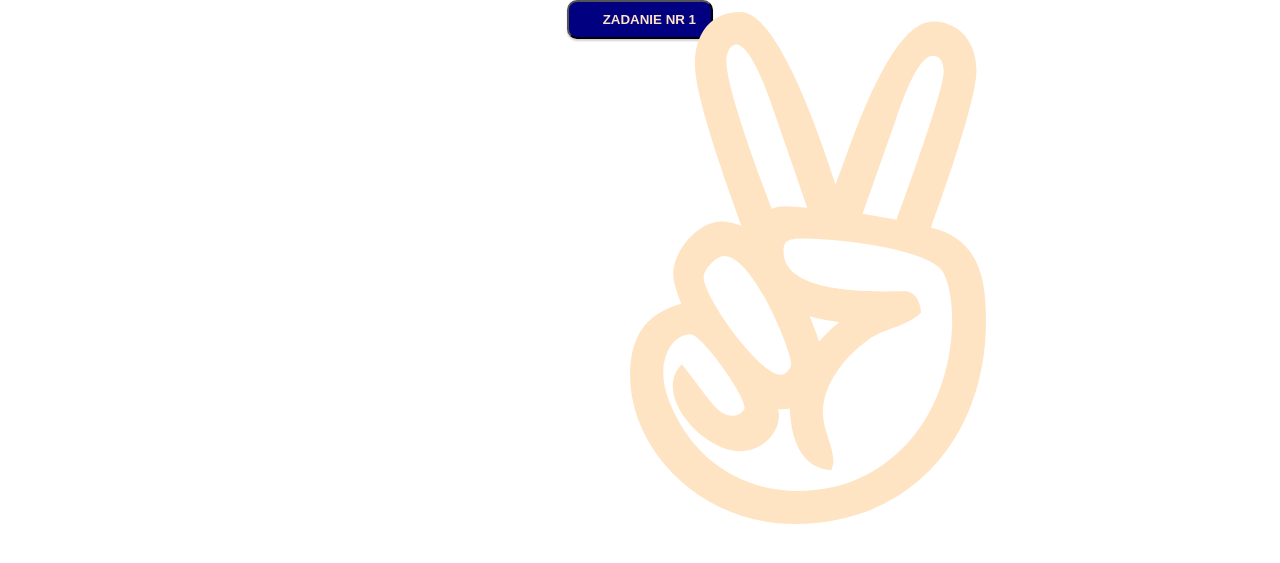
Repository: KrzysKolo/sr_tydzien3_zad_1_2_3
Page: /
An editor plug-in stored every save of this project. The page is shown before and after a run of saves, followed by the edit.
The browser window is 1280 px wide. The pictures show the whole page.
The project was rebuilt for these pictures with package versions that can differ from the ones it lists, and the page was loaded fresh each time.

Above is the page before, as saved 2020-11-02 15:20:50.

### src/App.js
import React,  { Component } from 'react';
import Button from './components/Form/Button';
import { FontAwesomeIcon } from '@fortawesome/react-fontawesome';
import { faThumbsUp } from "@fortawesome/free-solid-svg-icons";
import './App.css';


class App extends Component {
  state = {  }

  render() {

    return (
      <div className="app">
        <Button  bgColor="navy" color="bisque" label="Zadanie nr 1"/>

      </div>
     );
  }
}

export default App;

### src/components/Form/Button.js
import React from 'react';
import styled from 'styled-components';
import { FontAwesomeIcon } from '@fortawesome/react-fontawesome';
import { faAngellist } from '@fortawesome/free-brands-svg-icons';

const Button = ({label, color, bgColor, icon}) => {

    console.log(color);
    const Button = styled.button`
    padding: 10px 15px;
    border-radius: 10px;
    outline: 0;
    text-transform: uppercase;
    cursor: pointer;
    box-shadow: 0px 2px 2px lightgray;
    transition: ease background-color, color 0.6s;
    font-weight: bold;
    color: ${[color]};
    background-color: ${[bgColor]};
    &:hover {
        background-color: ${[color]};
        color: ${[bgColor]};
    }
    `;
    return (

        <div>
            <Button >
    <FontAwesomeIcon icon={icon} style={{paddingRight: "15"}}/> {label}
            </Button>
        </div>
     );
}
Button.defaultProps = {
    bgColor: "#1B1464",
    color: "#FFC312",
    label: "Click me",
    icon: faAngellist,
}

export default Button;

### src/App.css
* {
  padding: 0;
  margin: 0;
  box-sizing: border-box;
}
.app {
  display: flex;
  flex-direction: column;
  justify-content: center;
  align-items: center;
}

Loaded but not shown: public/index.html (common file); src/index.js (common file); src/index.css (common file)

After the next 2 saves:
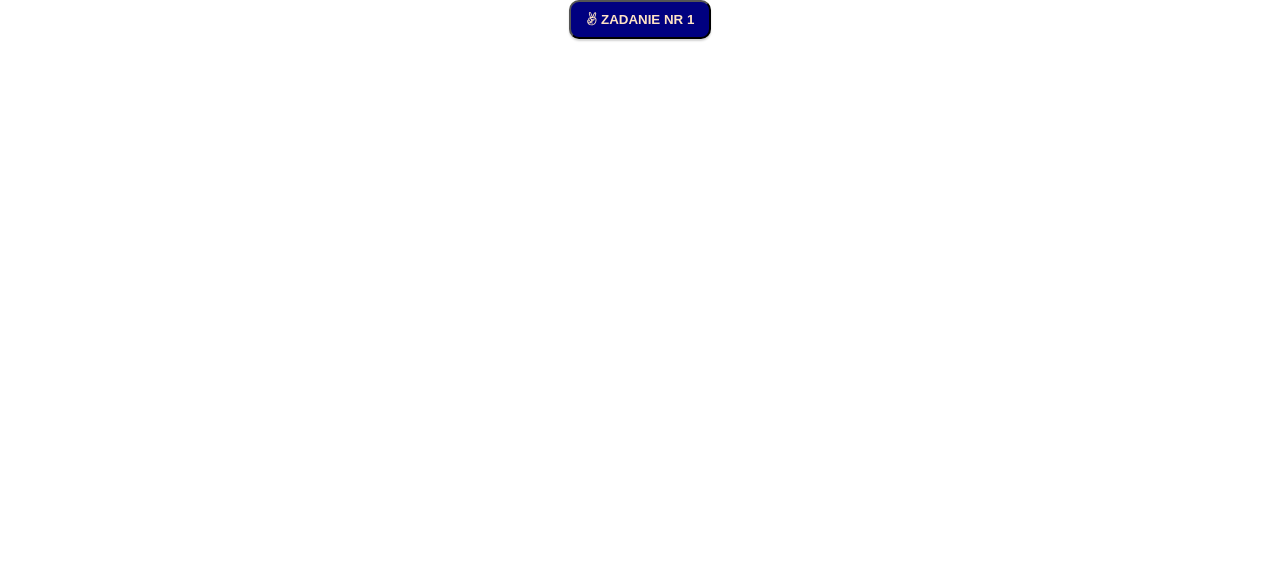
The 2 saves are shown as one change because 1 did not build or start.
The last was saved 13 s later.
--- a/src/components/Form/Button.js
+++ b/src/components/Form/Button.js
@@ -26,7 +26,7 @@ const Button = ({label, color, bgColor, icon}) => {
 
         <div>
             <Button >
-    <FontAwesomeIcon icon={icon} style={{paddingRight: "15"}}/> {label}
+    <FontAwesomeIcon icon={icon} /> {label}
             </Button>
         </div>
      );
